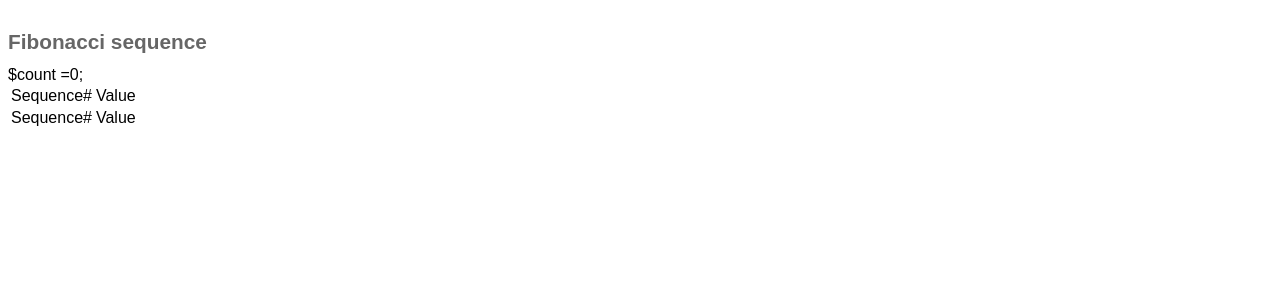
Repository: hhugohm/php_basic
Page: http://localhost/src/fibonnacci.php
These files come from the project's save history. The page is drawn as it stood at one moment and after the next save; the edit follows.
The browser window is 1280 px wide. The pictures show the whole page.
The page is run by PHP 8.4 with error messages shown; the project is at /var/www/html/.

Above is the page before, as saved 2017-06-08 22:14:46.

### php_unidad4/src/fibonnacci.php
<html>
	<head>
		<title>Fibonacci sequence</title>
		<link rel="stylesheet"  type="text/css"  href="common.css" />
	</head>

<body>
<h2>Fibonacci sequence</h2>

$count =0;
<table>
	<tr>
		<td>Sequence#  </td>
		<td>Value      </td>
	</tr>
	<tr>
		<td>Sequence#  </td>
		<td>Value      </td>
	</tr>

</table>

<?php







?>

</body>
</html>

### php_unidad4/src/common.css

/* Page body */
body { font-family: Arial, Helvetica, sans-serif; }

/* Definition lists */
dl { width: 100%; margin: 2em 0; padding: 0; clear: both; overflow: auto; }
dt { width: 30%; float: left; margin: 0; padding: 5px 9.9% 5px 0; border-top: 1px solid #DDDDB7; font-weight: bold; overflow: auto; clear: left; }
dd { width: 60%; float: left; margin: 0; padding: 6px 0 5px 0; border-top: 1px solid #DDDDB7; overflow: auto; }

/* Headings */
h1 { font-weight: bold; margin: 35px 0 14px; color: #666; font-size: 1.5em; }
h2 { font-weight: bold; margin: 30px 0 12px; color: #666; font-size: 1.3em; }
h3 { font-weight: normal; margin: 30px 0 12px; color: #666; font-size: 1.2em; }
h4 { font-weight: bold; margin: 25px 0 12px; color: #666; font-size: 1.0em; }
h5 { font-weight: bold; margin: 25px 0 12px; color: #666; font-size: 0.9em; }

/* Forms */
label { display: block; float: left; clear: both; text-align: right; margin: 0.6em 5px 0 0; width: 40%; }
input, select, textarea { float: right; margin: 1em 0 0 0; width: 57%; }
input { border: 1px solid #666; }
input[type=radio], input[type=checkbox], input[type=submit], input[type=reset], input[type=button], input[type=image] { width: auto; }

After the next save:
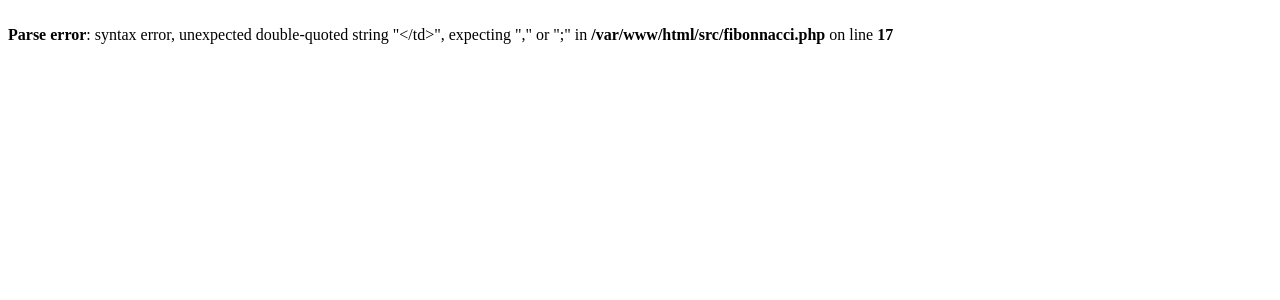
Saved 74 s later.
--- a/php_unidad4/src/fibonnacci.php
+++ b/php_unidad4/src/fibonnacci.php
@@ -6,21 +6,21 @@
 
 <body>
 <h2>Fibonacci sequence</h2>
-
+<?php
 $count =0;
-<table>
+echo "<table>
 	<tr>
 		<td>Sequence#  </td>
 		<td>Value      </td>
 	</tr>
 	<tr>
-		<td>Sequence#  </td>
-		<td>Value      </td>
+		<td>"  "</td>"
+		"<td>" "</td>
 	</tr>
 
-</table>
+</table>";
 
-<?php
+
 
 
 
